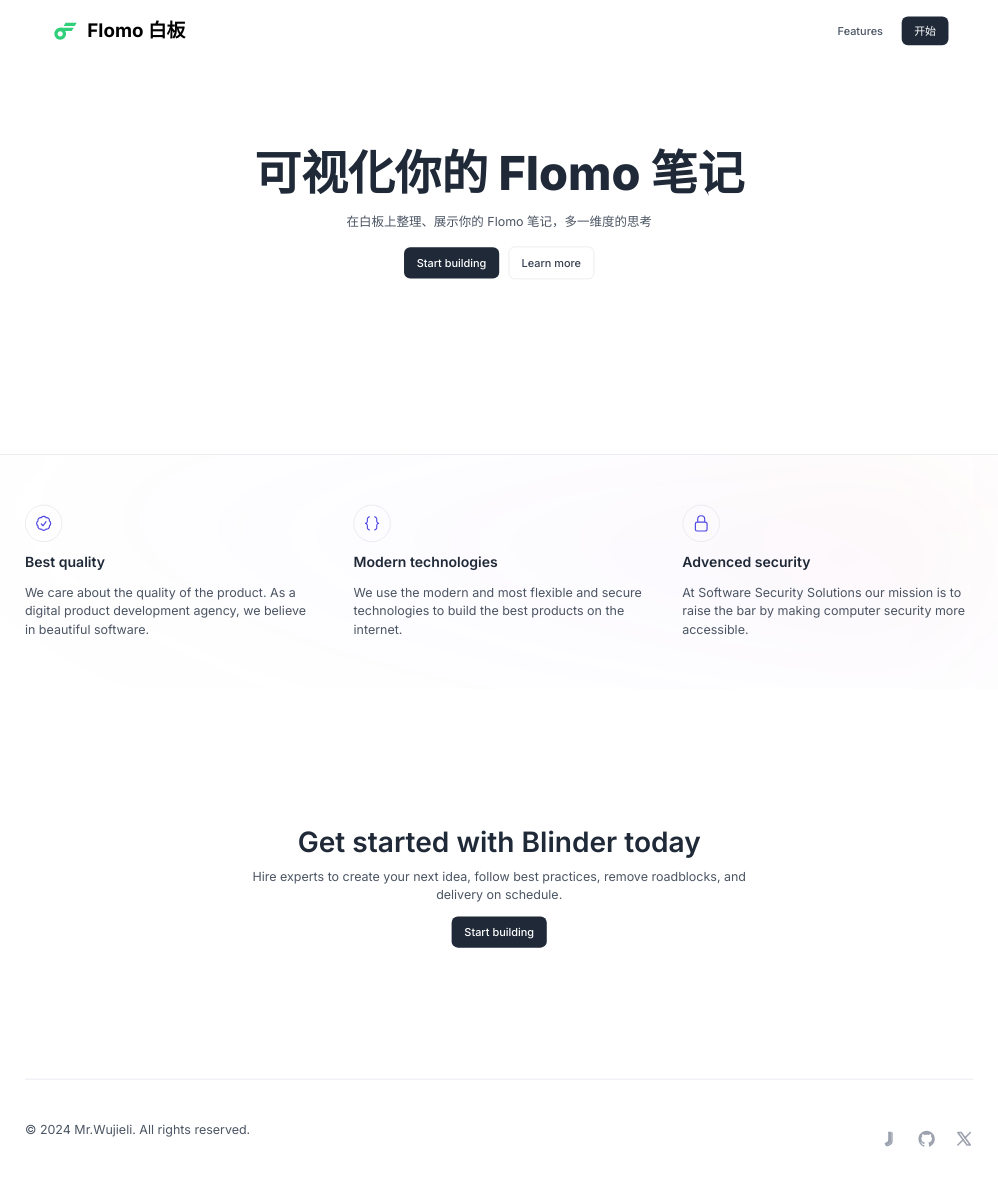
Repository: wujieli0207/flomo-board
Page: /
The author's editor kept a copy of each file at every save. The page is drawn from the files as they stood at one save, then again after the next save.
The browser window is 1280 px wide. The pictures show the whole page, at 78% of full size.
The project was rebuilt for these pictures with package versions that can differ from the ones it lists, and the page was loaded fresh each time. The framework's server and built-in components were replaced by stand-ins that run in the browser. Also part of the build but not shown: next.config.mjs.

Above is the page before, as saved 2024-06-22 20:17:14.

After the next save:
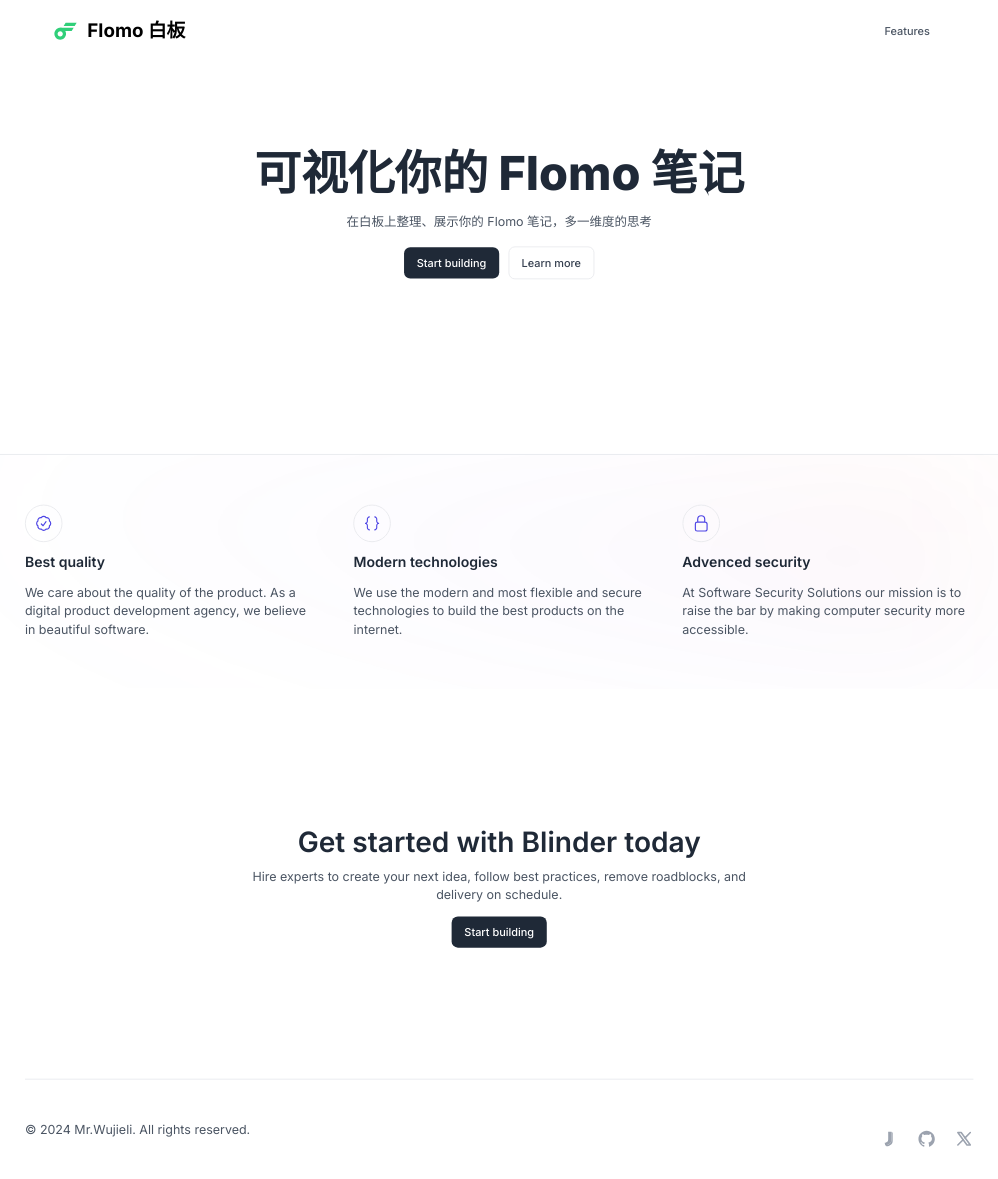
Saved 25 s later.
--- a/components/ui/Navbar/index.tsx
+++ b/components/ui/Navbar/index.tsx
@@ -90,12 +90,12 @@
               )
             })}
             <li>
-              <NavLink
+              {/* <NavLink
                 href="/get-started"
                 className="block font-medium text-sm text-white bg-gray-800 hover:bg-gray-600 active:bg-gray-900 md:inline"
               >
                 开始
-              </NavLink>
+              </NavLink> */}
             </li>
           </ul>
         </div>
